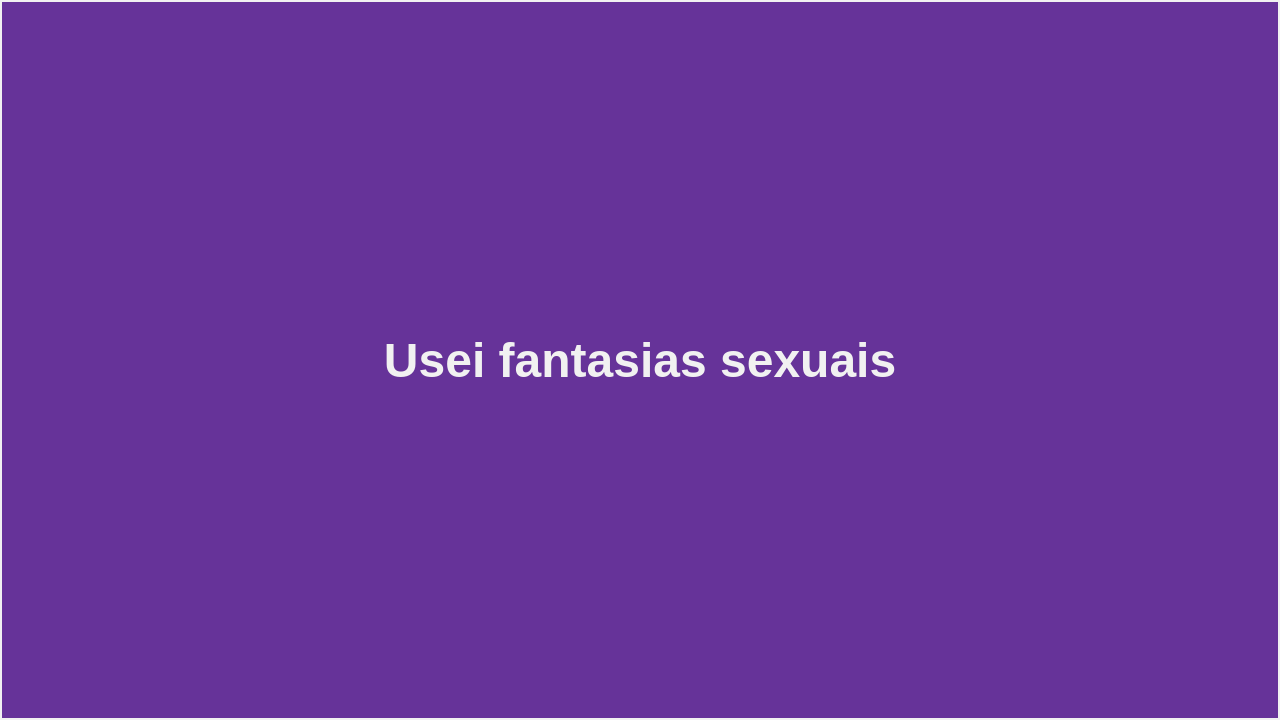
Repository: odiloalmeida/inever
Page: index.html
An editor plug-in stored every save of this project. The page is shown before and after the next save, followed by the edit.
The browser window is 1280 px wide. The pictures show the whole page.
After loading, the first visible `#myButton` was clicked once.

Above is the page before, as saved 2023-01-31 20:14:27.

After the next save:
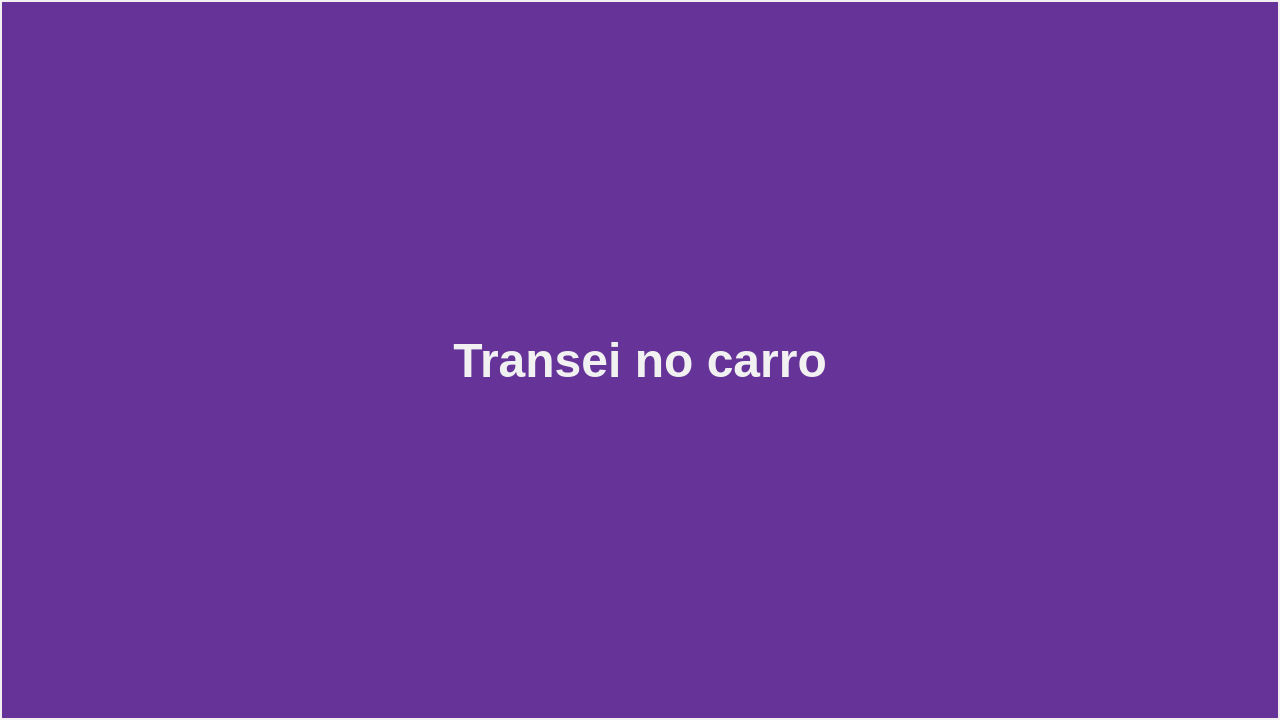
Saved 115 s later.
--- a/index.html
+++ b/index.html
@@ -44,7 +44,14 @@
         "Transei no carro",
         "Broxei no meio do ato sexual",
         "Desisti de ficar com uma pessoa por que ela estava fedendo",
-        "Fui chupar e estava fedendo muito e desisti"
+        "Fui chupar e estava fedendo muito e desisti",
+        "Me masturbei depois do ato sexual por que não conseguir “chegar lá” com o parceiro",
+        "Fiquei com dois amigos ao mesmo tempo sem eles saberem",
+        "Parei o ato sexual para ir fazer xixi",
+        "Fiz a chuca",
+        "Transei na rua",
+        "Paguei por sexo",
+        "Fiz sexo por dinheiro"
 
         ];
 
